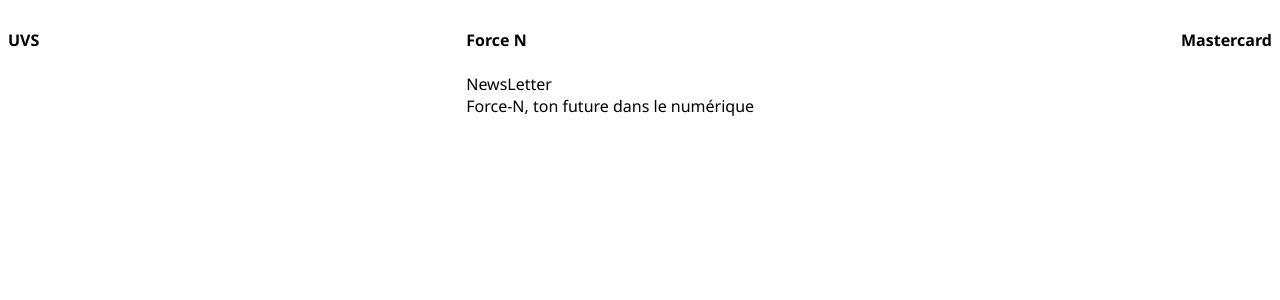
Repository: Ken-dia/newsletters_force_n
Page: index.html
An editor plug-in stored every save of this project. The page is shown before and after the next save, followed by the edit.
The browser window is 1280 px wide. The pictures show the whole page.

Above is the page before, as saved 2024-04-18 12:41:52.

After the next save:
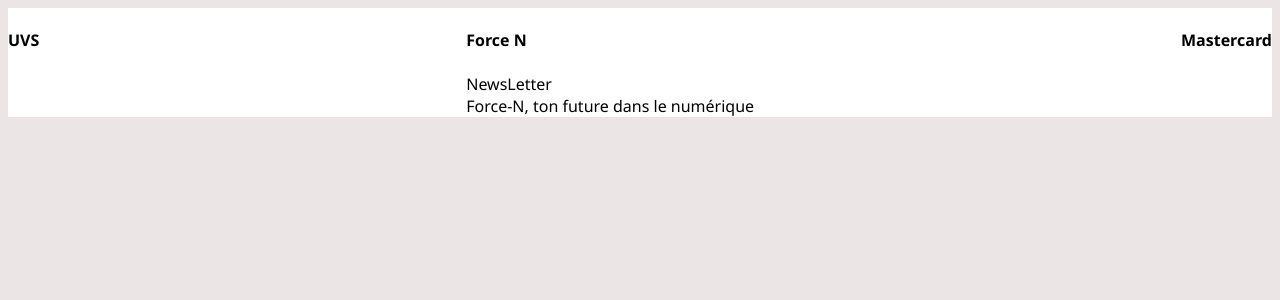
Saved 85 s later.
--- a/styles.css
+++ b/styles.css
@@ -1,5 +1,9 @@
 body {
     font-family: 'Segoe UI', Tahoma, Geneva, Verdana, sans-serif;
+    background-color: rgb(235, 229, 229);
+}
+.entete {
+    background-color: white;
 }
 .logos {
     display: flex;
